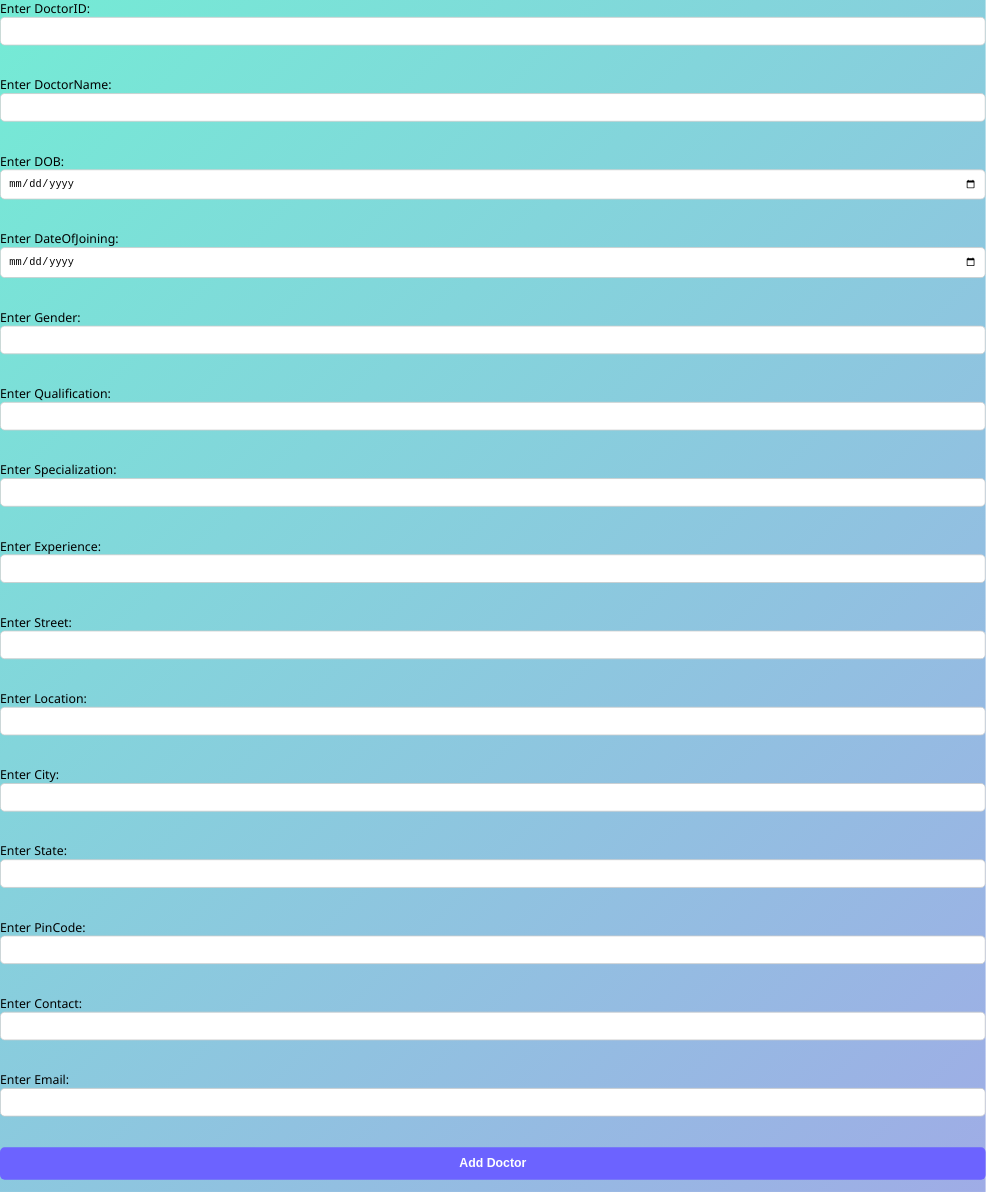
Repository: Pravinkumar-Raja/SpringProjects
Page: http://localhost/Spring-Web/WEB-INF/views/AddDoctor.jsp
The author's editor kept a copy of each file at every save. The page is drawn from the files as they stood at one save, then again after the next save.
The browser window is 1280 px wide. The pictures show the whole page, at 77% of full size.
The page is served by Tomcat 9. Nobody is signed in. Other server files are loaded and not shown. The template is opened directly, without the code that normally fills it, so the values that code supplies are empty.

Above is the page before, as saved 2025-11-24 10:41:03.

### Spring-Web/src/main/webapp/WEB-INF/views/AddDoctor.jsp
<html>
	<head>
		<style>
		        body {
		            background: linear-gradient(135deg, #74ebd5 0%, #9face6 100%);
		            font-family: 'Segoe UI', Tahoma, Geneva, Verdana, sans-serif;
		            margin: 0;
		            padding: 0;
		        }

		        .form-container {
		            background: #fff;
		            padding: 40px;
		            margin: 60px auto;
		            width: 450px;
		            border-radius: 12px;
		            box-shadow: 0 8px 20px rgba(0,0,0,0.2);
		            animation: fadeIn 1s ease-in-out;
		        }

		        .form-container h2 {
		            text-align: center;
		            margin-bottom: 25px;
		            color: #333;
		        }

		        label {
		            display: block;
		            margin-bottom: 6px;
		            font-weight: 600;
		            color: #444;
		        }

		        input {
		            width: 100%;
		            padding: 10px;
		            margin-bottom: 18px;
		            border: 1px solid #ccc;
		            border-radius: 6px;
		            transition: border-color 0.3s;
		        }

		        input:focus {
		            border-color: #6c63ff;
		            outline: none;
		            box-shadow: 0 0 5px rgba(108,99,255,0.5);
		        }

		        button {
		            width: 100%;
		            padding: 12px;
		            background: #6c63ff;
		            border: none;
		            border-radius: 6px;
		            color: white;
		            font-size: 16px;
		            font-weight: bold;
		            cursor: pointer;
		            transition: background 0.3s, transform 0.2s;
		        }

		        button:hover {
		            background: #574b90;
		            transform: scale(1.02);
		        }

		        @keyframes fadeIn {
		            from { opacity: 0; transform: translateY(-20px); }
		            to { opacity: 1; transform: translateY(0); }
		        }
		    </style>

</head>
	<body bgcolor="blue">
		<form action="./addDoctor" method="post">
			Enter DoctorID: <input type="text" name="doctorID"/><br><br>
			Enter DoctorName: <input type="text" name="doctorName"/><br><br>
			Enter DOB: <input type="date" name="dateOfBirth"/><br><br>
			Enter DateOfJoining: <input type="date" name="dateOfJoining"/><br><br>
			Enter Gender: <input type="text" name="gender"/><br><br>
			Enter Qualification: <input type="text" name="qualification"/><br><br>
			Enter Specialization: <input type="text" name="specialization"/><br><br>
			Enter Experience: <input type="number" name="experience"/><br><br>
			Enter Street: <input type="text" name="street"/><br><br>
			Enter Location: <input type="text" name="location"/><br><br>
			Enter City: <input type="text" name="city"/><br><br>
			Enter State: <input type="text" name="state"/><br><br>
			Enter PinCode: <input type="number" name="pincode"/><br><br>
			Enter Contact: <input type="text" name="contact"/><br><br>
			Enter Email: <input type="email" name="email"/><br><br>
			<button type="submit">Add Doctor</button>
		</form>
	</body>
</html>

After the next save:
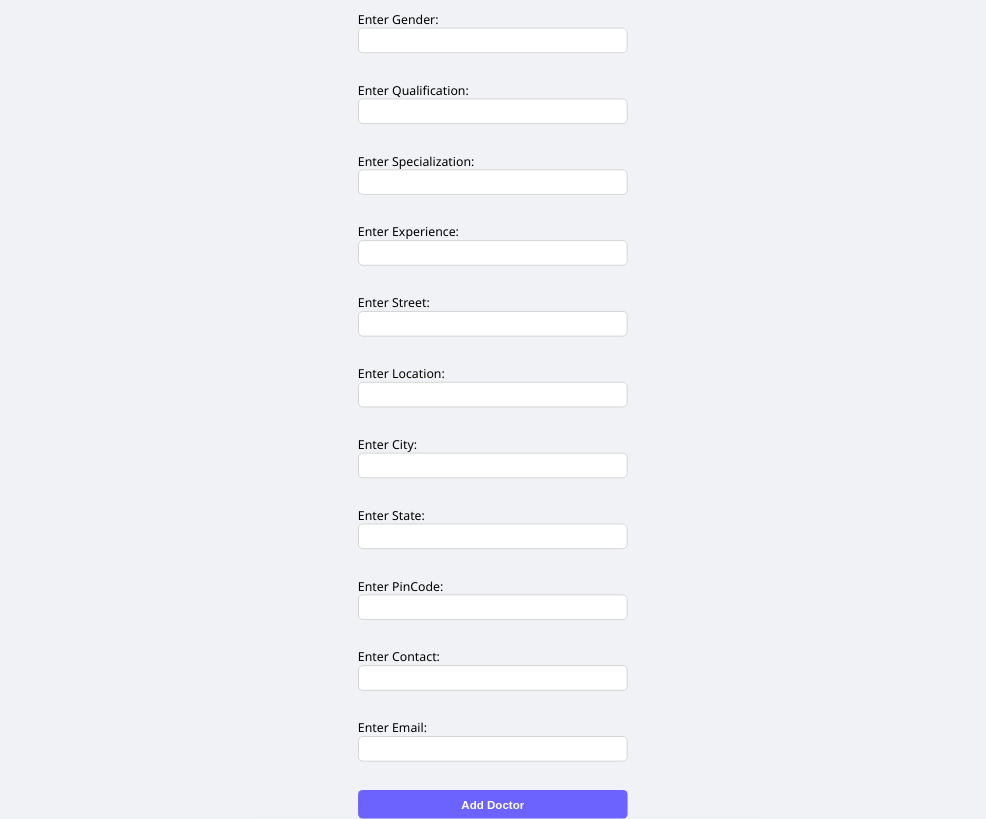
Saved 78 s later.
--- a/Spring-Web/src/main/webapp/WEB-INF/views/AddDoctor.jsp
+++ b/Spring-Web/src/main/webapp/WEB-INF/views/AddDoctor.jsp
@@ -1,74 +1,71 @@
 <html>
 	<head>
 		<style>
-		        body {
-		            background: linear-gradient(135deg, #74ebd5 0%, #9face6 100%);
-		            font-family: 'Segoe UI', Tahoma, Geneva, Verdana, sans-serif;
-		            margin: 0;
-		            padding: 0;
-		        }
+		       body {
+		           background: #f0f2f5; /* light neutral background */
+		           font-family: 'Segoe UI', Tahoma, Geneva, Verdana, sans-serif;
+		           display: flex;
+		           justify-content: center;
+		           align-items: center;
+		           height: 100vh; /* full viewport height */
+		           margin: 0;
+		       }
 
-		        .form-container {
-		            background: #fff;
-		            padding: 40px;
-		            margin: 60px auto;
-		            width: 450px;
-		            border-radius: 12px;
-		            box-shadow: 0 8px 20px rgba(0,0,0,0.2);
-		            animation: fadeIn 1s ease-in-out;
-		        }
+		       .form-box {
+		           background: #fff;
+		           padding: 25px 30px;
+		           width: 350px; /* compact width */
+		           border-radius: 10px;
+		           box-shadow: 0 4px 15px rgba(0,0,0,0.2);
+		       }
 
-		        .form-container h2 {
-		            text-align: center;
-		            margin-bottom: 25px;
-		            color: #333;
-		        }
+		       .form-box h2 {
+		           text-align: center;
+		           margin-bottom: 20px;
+		           color: #333;
+		       }
 
-		        label {
-		            display: block;
-		            margin-bottom: 6px;
-		            font-weight: 600;
-		            color: #444;
-		        }
+		       label {
+		           display: block;
+		           margin-bottom: 5px;
+		           font-weight: 600;
+		           color: #444;
+		       }
 
-		        input {
-		            width: 100%;
-		            padding: 10px;
-		            margin-bottom: 18px;
-		            border: 1px solid #ccc;
-		            border-radius: 6px;
-		            transition: border-color 0.3s;
-		        }
+		       input {
+		           width: 100%;
+		           padding: 8px;
+		           margin-bottom: 15px;
+		           border: 1px solid #ccc;
+		           border-radius: 6px;
+		           transition: border-color 0.3s;
+		       }
 
-		        input:focus {
-		            border-color: #6c63ff;
-		            outline: none;
-		            box-shadow: 0 0 5px rgba(108,99,255,0.5);
-		        }
+		       input:focus {
+		           border-color: #6c63ff;
+		           outline: none;
+		           box-shadow: 0 0 5px rgba(108,99,255,0.4);
+		       }
 
-		        button {
-		            width: 100%;
-		            padding: 12px;
-		            background: #6c63ff;
-		            border: none;
-		            border-radius: 6px;
-		            color: white;
-		            font-size: 16px;
-		            font-weight: bold;
-		            cursor: pointer;
-		            transition: background 0.3s, transform 0.2s;
-		        }
+		       button {
+		           width: 100%;
+		           padding: 10px;
+		           background: #6c63ff;
+		           border: none;
+		           border-radius: 6px;
+		           color: white;
+		           font-size: 15px;
+		           font-weight: bold;
+		           cursor: pointer;
+		           transition: background 0.3s, transform 0.2s;
+		       }
 
-		        button:hover {
-		            background: #574b90;
-		            transform: scale(1.02);
-		        }
+		       button:hover {
+		           background: #574b90;
+		           transform: scale(1.02);
+		       }
+		   </style>
 
-		        @keyframes fadeIn {
-		            from { opacity: 0; transform: translateY(-20px); }
-		            to { opacity: 1; transform: translateY(0); }
-		        }
-		    </style>
 
 </head>
 	<body bgcolor="blue">
